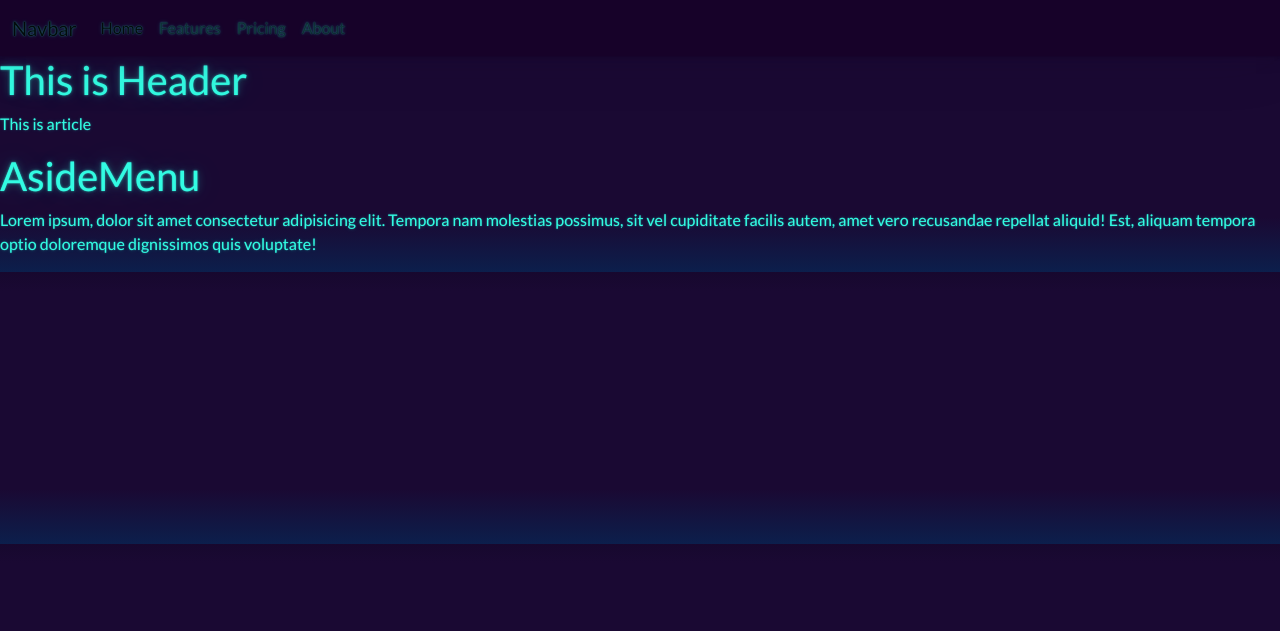
Repository: chanwarichawki/React-BC
Page: /
The author's editor kept a copy of each file at every save. The page is drawn from the files as they stood at one save, then again after a run of saves.
The browser window is 1280 px wide. The pictures show the whole page.
Some web libraries are served in a nearby version. The project was rebuilt for these pictures with package versions that can differ from the ones it lists, and the page was loaded fresh each time. Also part of the build but not shown: vite.config.js.

Above is the page before, as saved 2024-01-15 13:22:52.

### src/App.jsx
import Article from "./components/Article";
import Header from "./components/Header";
import NavBar from "./components/NavBar";
import Products from "./components/Products";

function App() {
  return (
    <>
    <NavBar />
    <Header />
    <Article />
    {/* <Products  */}
    </>
  )
}

export default App

### src/index.css
@import "/node_modules/bootswatch/dist/vapor/bootstrap.min.css"

### src/components/Article.jsx
import AsideMenu from "./AsideMenu"

const Article = () => {
  return (
      <>
      <div>
      <p>This is article</p>
      </div>
      <AsideMenu />
      </>
  )
}

export default Article

### src/components/Header.jsx

function Header() {
  return (
    <div><h1>This is Header</h1></div>
  )
}

export default Header

### src/components/NavBar.jsx

function NavBar() {
  return (
    <nav className="navbar navbar-expand-lg bg-dark" data-bs-theme="dark">
  <div className="container-fluid">
    <a className="navbar-brand" href="#">Navbar</a>
    <button className="navbar-toggler" type="button" data-bs-toggle="collapse" data-bs-target="#navbarColor02" aria-controls="navbarColor02" aria-expanded="false" aria-label="Toggle navigation">
      <span className="navbar-toggler-icon"></span>
    </button>
    <div className="collapse navbar-collapse" id="navbarColor02">
      <ul className="navbar-nav me-auto">
        <li className="nav-item">
          <a className="nav-link active" href="#">Home
            <span className="visually-hidden">(current)</span>
          </a>
        </li>
        <li className="nav-item">
          <a className="nav-link" href="#">Features</a>
        </li>
        <li className="nav-item">
          <a className="nav-link" href="#">Pricing</a>
        </li>
        <li className="nav-item">
          <a className="nav-link" href="#">About</a>
        </li>
      </ul>
    </div>
  </div>
</nav>
  )
}

export default NavBar

### src/components/AsideMenu.jsx


function AsideMenu() {
  return (
    <>
    <h1>AsideMenu</h1>
    <p>Lorem ipsum, dolor sit amet consectetur adipisicing elit. Tempora nam molestias possimus, sit vel cupiditate facilis autem, amet vero recusandae repellat aliquid! Est, aliquam tempora optio doloremque dignissimos quis voluptate!</p>
    </>
  )
}

export default AsideMenu

### src/components/Products.jsx

function Products() {
  return (
    <div>Products</div>
  )
}

export default Products

Loaded but not shown: index.html (common file); src/main.jsx (common file)

After the next 2 saves:
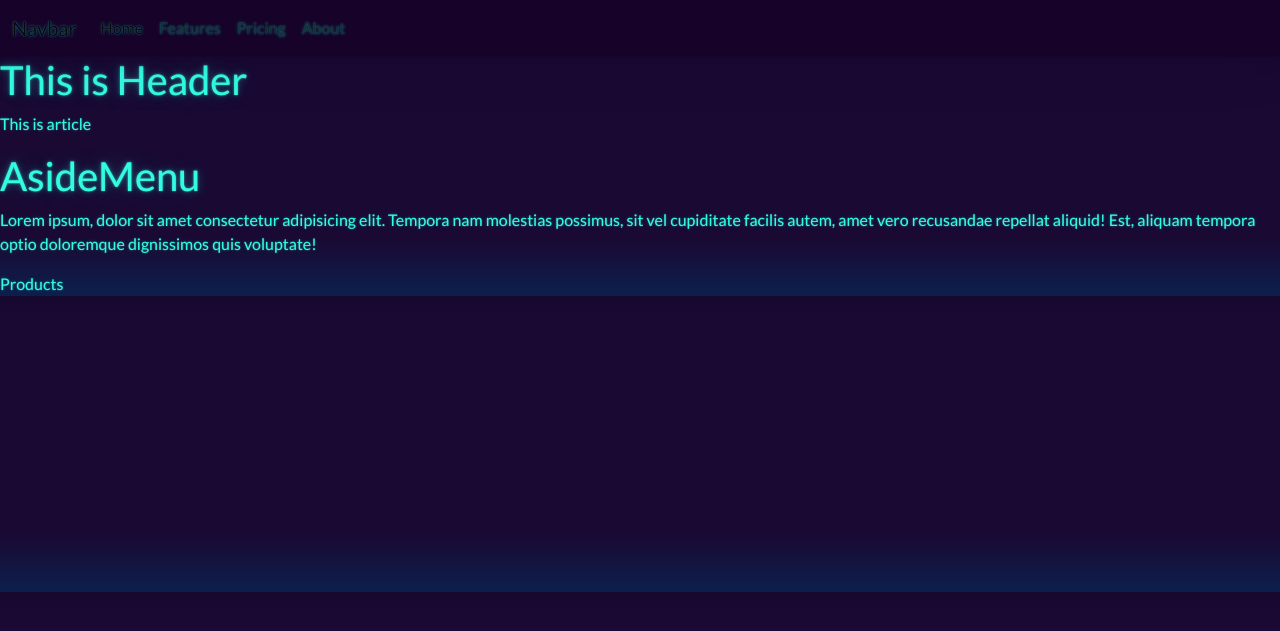
The 2 saves are shown as one change because 1 did not build or start.
The last was saved 23 s later.
--- a/src/App.jsx
+++ b/src/App.jsx
@@ -9,7 +9,7 @@
     <NavBar />
     <Header />
     <Article />
-    {/* <Products  */}
+    <Products />
     </>
   )
 }
